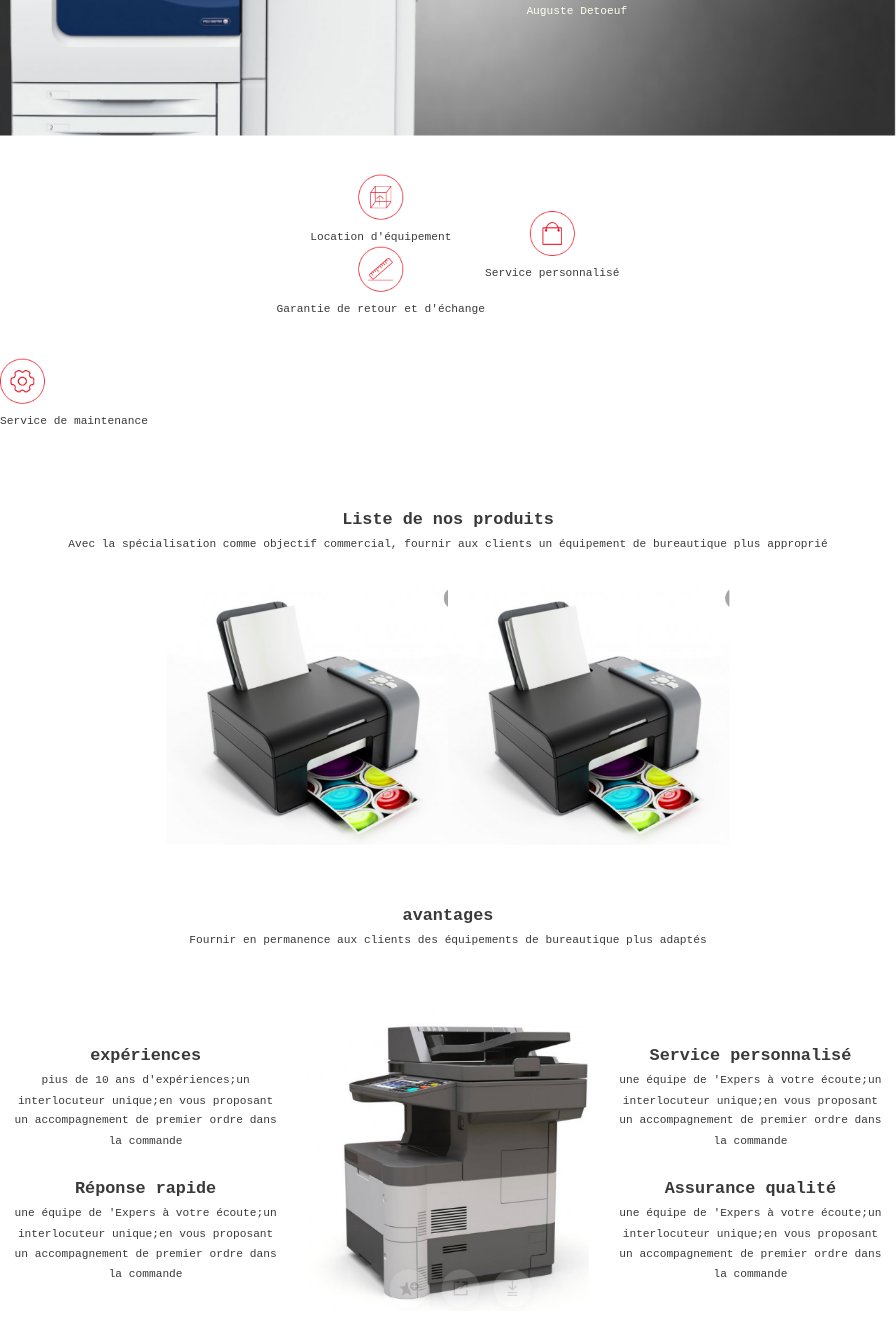
Repository: clairedupuich/sv_print
Page: index.html
An editor plug-in stored every save of this project. The page is shown before and after the next save, followed by the edit.
The browser window is 1280 px wide. The pictures show the part of the page from y = 511 to 2431 px (the page is 4300 px tall before and 4140 px after), at 70% of full size.

Above is the page before, as saved 2020-12-02 22:54:25.
Console error: TypeError: Cannot read properties of null (reading 'appendChild')

After the next save:
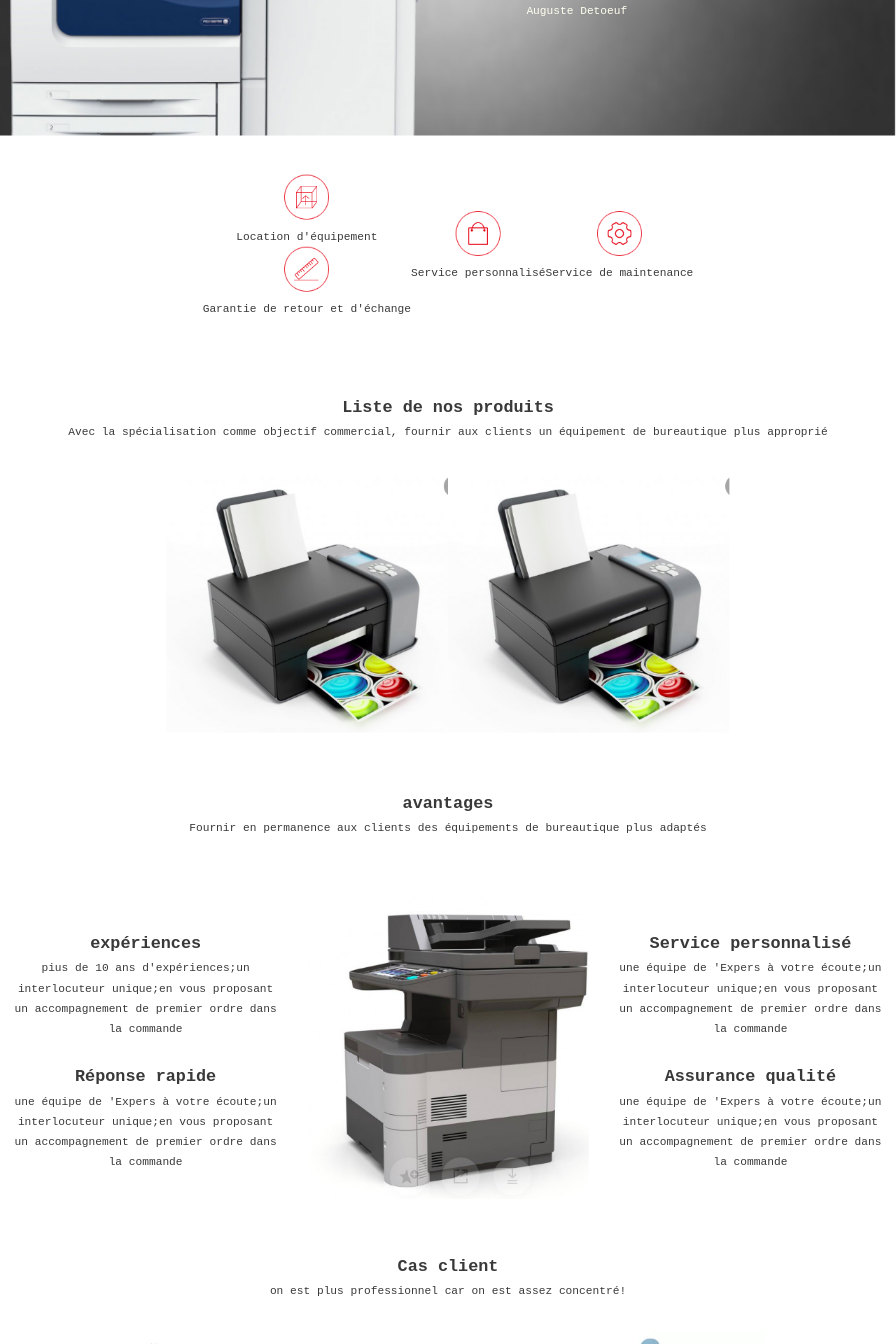
Saved 7 s later.
--- a/index.html
+++ b/index.html
@@ -79,7 +79,7 @@
 
 					</div>
 					<div class="xl12 xs6 xm3 xb3 text-center padding-big-bottom">
-
+						<div class="border-radius padding-large-bottom"></div>
 							<div class="media-img"><img src="img/webdesign_2.png" alt="" /></div>
 							<p class="padding-big-top">
                 Garantie de retour et d'échange<br /></p>
@@ -87,13 +87,13 @@
 						</div>
 					</div>
 					<div class="xl12 xs6 xm3 xb3 text-center padding-big-bottom">
-
+						<div class="border-radius padding-large-bottom">
 							<div class="media-img"><img src="img/webdesign_3.png" alt="" /></div>
 							<p class="padding-big-top">Service personnalisé</p>
 						</div>
 					</div>
 					<div class="xl12 xs6 xm3 xb3 text-center padding-big-bottom">
-
+						<div class="border-radius padding-large-bottom">
 							<div class="media-img"><img src="img/webdesign_4.png" alt="" /></div>
 							<p class="padding-big-top">
                 Service de maintenance</p>
